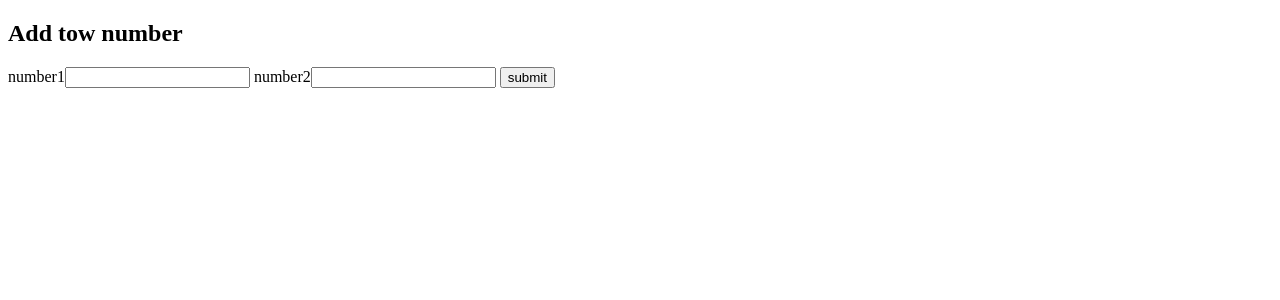
Repository: anujkumar163/Tom_cad
Page: practice_22/src/main/webapp/add.html
An editor plug-in stored every save of this project. The page is shown before and after the next save, followed by the edit.
The browser window is 1280 px wide. The pictures show the whole page.

Above is the page before, as saved 2022-06-09 09:47:32.

After the next save:
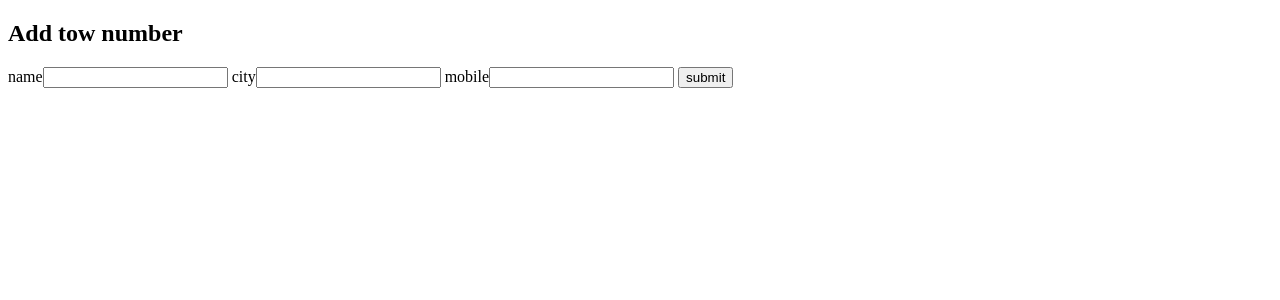
Saved 3 min 45 s later.
--- a/practice_22/src/main/webapp/add.html
+++ b/practice_22/src/main/webapp/add.html
@@ -7,8 +7,10 @@
 <body>
 	<h2>Add tow number</h2>
 	<form>
-		number1<input type="text" name="num1">
-		number2<input type="text" name="num2">
+		name<input type="text" name="num1">
+		city<input type="text" name="num2">
+		mobile<input type="text" name="mobile">
+
 		<input type="submit" value="submit">
 	</form>
 </body>
